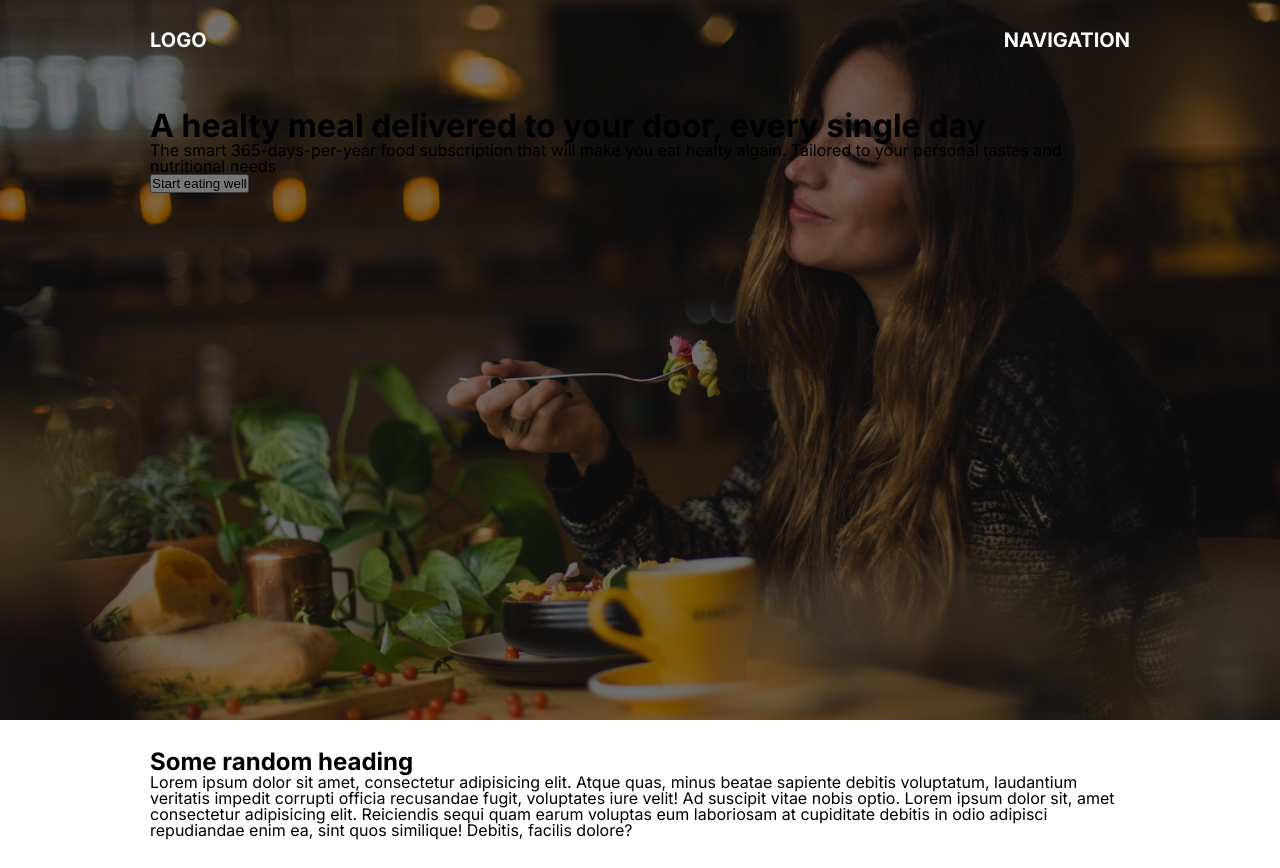
Repository: Ahmed123rezk123/06-Components
Page: hero.html
An editor plug-in stored every save of this project. The page is shown before and after the next save, followed by the edit.
The browser window is 1280 px wide. The pictures show the whole page.

Above is the page before, as saved 2024-09-18 09:18:25.

After the next save:
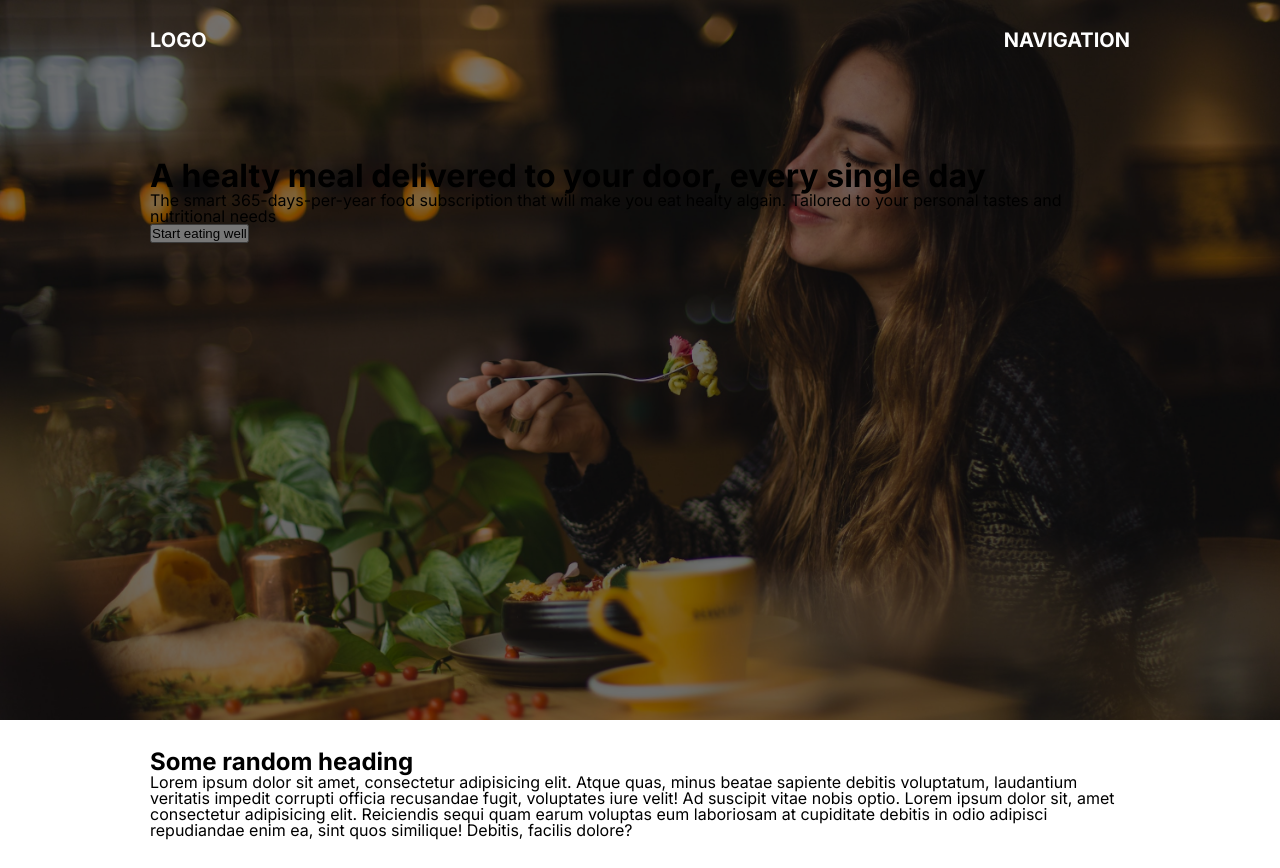
Saved 31 s later.
--- a/hero.html
+++ b/hero.html
@@ -53,6 +53,9 @@
         text-transform: uppercase;
         z-index: 2;
       }
+      .header-container {
+        margin-top: 50px;
+      }
     </style>
     <title>Pagination</title>
   </head>
